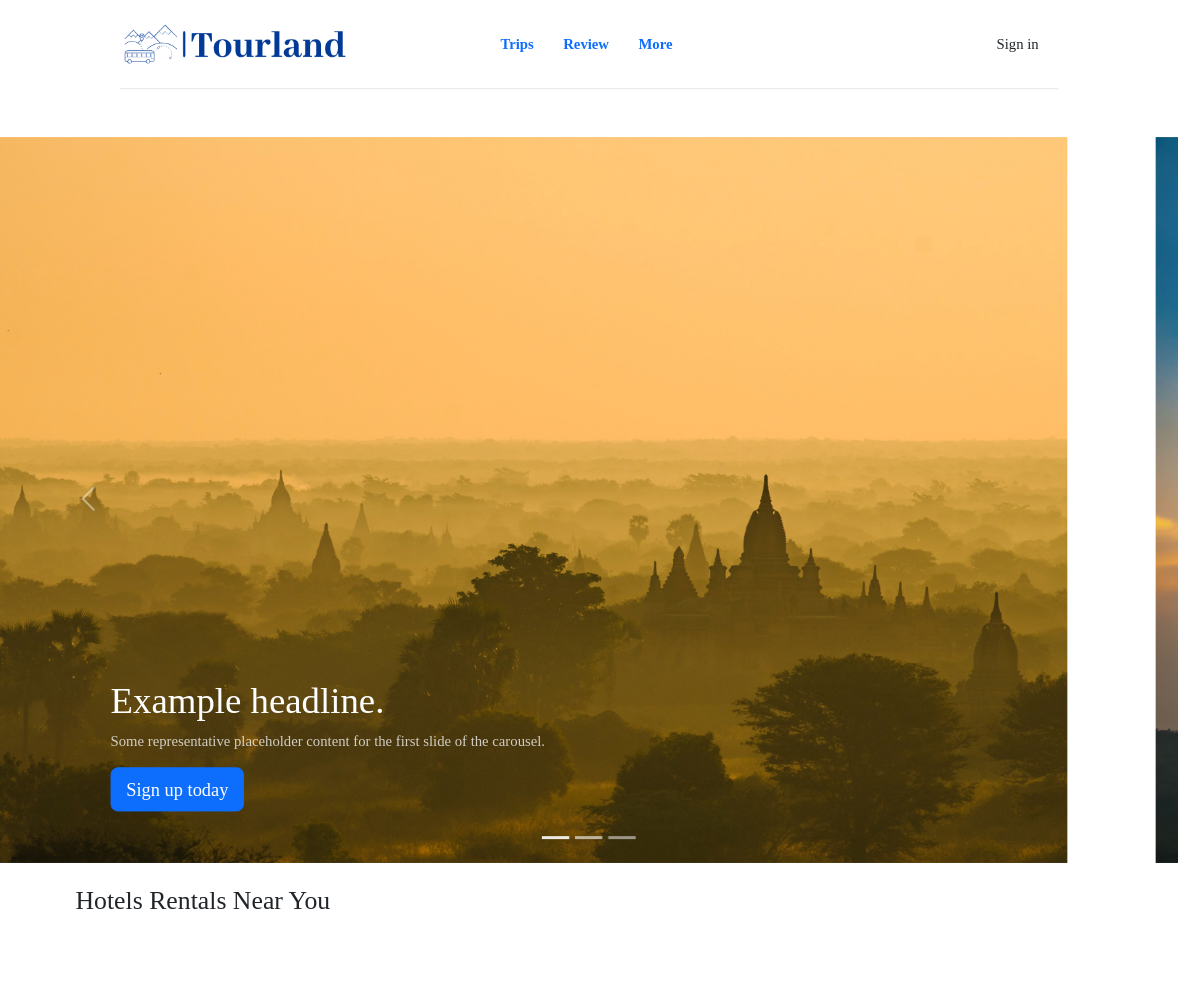
Repository: nyeinsu4520/tourland
Page: http://localhost/card
An editor plug-in stored every save of this project. The page is shown before and after the next save, followed by the edit.
The browser window is 1280 px wide. The pictures show the whole page, at 92% of full size.
Some web fonts or font styles are not loaded; a fallback is used. The page is this project's Thymeleaf template; nobody is signed in. The template is opened directly, without the code that normally fills it, so the values that code supplies are empty.

Above is the page before, as saved 2024-06-01 05:20:15.

### Tourland/src/main/resources/templates/card.html
<!DOCTYPE html>
<html xmlns:th="http://www.thymeleaf.org">
<head>
<meta charset="ISO-8859-1">
<title>Insert title here</title>

	<link rel="icon" href="img/tourland2.png" type="image/png" />
    <link rel="stylesheet" href="./bootstrap/css/bootstrap.min.css" />
    <script src="./bootstrap/js/bootstrap.bundle.min.js"></script>
    <link href="https://cdnjs.cloudflare.com/ajax/libs/font-awesome/6.5.2/css/all.min.css"/>
    <script src="https://ajax.googleapis.com/ajax/libs/jquery/3.6.0/jquery.min.js"></script>
    <link rel="stylesheet" href="style.css" />
    <style>
      #google_translate_element {
          display: none;
      }
  </style>
</head>
<body>

<div class="container">
      <header
        class="d-flex flex-wrap align-items-center justify-content-center justify-content-md-between py-3 mx-5 border-bottom"
      >
        <div class="col-md-auto mb-2 mb-md-0">
          <img class="logo" src="/image/img/tourland1.png" alt="" width="230px" />
        </div>

        <ul class="nav col-12 col-md-auto mb-2 justify-content-center mb-md-0">
          <li class="nav-item dropdown">
            <a
              class="nav-link fw-bold py-1 px-0 m-3 active"
              href="#"
              data-bs-toggle="dropdown"
              aria-expanded="false"
              >Trips</a
            >
            <ul class="dropdown-menu ">
              <li><a class="dropdown-item" href="#">One day Trip</a></li>
              <li><a class="dropdown-item" href="#">One Week Trip</a></li>
              <li><a class="dropdown-item" href="#">View my Trips</a></li>
            </ul>
          </li>
          <li class="nav-item dropdown">
            <a
              class="nav-link fw-bold py-1 px-0 m-3 active"
              href="#"
              data-bs-toggle="dropdown"
              aria-expanded="false"
              >Review</a
            >
            <ul class="dropdown-menu">
              <li><a class="dropdown-item" href="#">Write a Review</a></li>
              <li><a class="dropdown-item" href="#">Post a Photo</a></li>
              <li><a class="dropdown-item" href="#">Review Comments</a></li>
            </ul>
          </li>
          <li class="nav-item dropdown">
            <a
              class="nav-link nav-link-active fw-bold py-1 px-0 m-3 active"
              href="#"
              data-bs-toggle="dropdown"
              aria-expanded="false"
              >More</a
            >
            <ul class="dropdown-menu">
              <li><a class="dropdown-item" href="#">Restaurant</a></li>
              <li><a class="dropdown-item" href="#">Hotel</a></li>
              <li><a class="dropdown-item" href="#">Rental Cars</a></li>
            </ul>
          </li>
        </ul>

        <div class="col-md-3 text-end">
          <button type="button" class="btn btn-outline-first me-2">
            Sign in
          </button>
        </div>
      </header>
</div>

	<div id="myCarousel" class="carousel slide mt-5 pt-1 mb-6" data-bs-ride="carousel">
      <div class="carousel-indicators">
        <button type="button" data-bs-target="#myCarousel" data-bs-slide-to="0" class="active" aria-current="true" aria-label="Slide 1"></button>
        <button type="button" data-bs-target="#myCarousel" data-bs-slide-to="1" aria-label="Slide 2"></button>
        <button type="button" data-bs-target="#myCarousel" data-bs-slide-to="2" aria-label="Slide 3"></button>
      </div>
      <div class="carousel-inner">
        <div class="carousel-item active">
          <img class="px-5" src="./image/img/bagan1.jpg" width="100%" >
          <div class="container">
            <div class="carousel-caption text-start">
              <h1>Example headline.</h1>
              <p class="opacity-75">Some representative placeholder content for the first slide of the carousel.</p>
              <p><a class="btn btn-lg btn-primary" href="#">Sign up today</a></p>
            </div>
          </div>
        </div>
        <div class="carousel-item">
          <img class="px-5" src="./image/img/kyitehtiyo.jfif" width="100%" >
          <div class="container">
            <div class="carousel-caption">
              <h1>Another example headline.</h1>
              <p>Some representative placeholder content for the second slide of the carousel.</p>
              <p><a class="btn btn-lg btn-primary" href="#">Learn more</a></p>
            </div>
          </div>
        </div>
        <div class="carousel-item">
           <img class="px-5" src="./image/img/shwesikhone.jpg" width="100%" >
          <div class="container">
            <div class="carousel-caption text-end">
              <h1>One more for good measure.</h1>
              <p>Some representative placeholder content for the third slide of this carousel.</p>
              <p><a class="btn btn-lg btn-primary" href="#">Browse gallery</a></p>
            </div>
          </div>
        </div>
      </div>
      <button class="carousel-control-prev" type="button" data-bs-target="#myCarousel" data-bs-slide="prev">
        <span class="carousel-control-prev-icon" aria-hidden="true"></span>
        <span class="visually-hidden">Previous</span>
      </button>
      <button class="carousel-control-next" type="button" data-bs-target="#myCarousel" data-bs-slide="next">
        <span class="carousel-control-next-icon" aria-hidden="true"></span>
        <span class="visually-hidden">Next</span>
      </button>
	</div>


	<div class="container mt-4">
	<h3>Hotels Rentals Near You</h3>

	</div>
	<div id="cardCarousel" class="carousel slide mt-5 pt-5" data-bs-ride="carousel">
    <div class="carousel-inner">
        <div class="carousel-item active">
            <div class="container">
                <div class="row">
                    <div th:each="card, iterStat : ${cardlist}" class="col-sm-6 col-md-4 col-lg-3 mb-4" th:if="${iterStat.index < 4}">
                        <div class="card">
                            <td><img width="260px" th:src="@{uploads/cards/{id}/{imageName} (id=${card.id},imageName=${card.image})}" /></td>
                            <div class="card-body">
                                <h5 class="card-title" th:text="${card.title}"></h5>
                                <p class="card-text" th:text="${card.description}"></p>
                            </div>
                        </div>

                    </div>
                </div>
            </div>
        </div>
    </div>
    <!-- Arrow buttons -->
    <button class="carousel-control-prev" type="button" data-bs-target="#cardCarousel" data-bs-slide="prev">
        <span class="carousel-control-prev-icon" aria-hidden="true"></span>
        <span class="visually-hidden">Previous</span>
    </button>
    <button class="carousel-control-next" type="button" data-bs-target="#cardCarousel" data-bs-slide="next">
        <span class="carousel-control-next-icon" aria-hidden="true"></span>
        <span class="visually-hidden">Next</span>
    </button>
</div>



<script>
    $(document).ready(function(){
        $('#cardCarousel').carousel();
    });
</script>

</body>
</html>

### Tourland/src/main/resources/static/image/img/style.css
@import url('https://fonts.googleapis.com/css2?family=Jersey+20&family=Jersey+25&family=Josefin+Sans:ital,wght@0,100..700;1,100..700&family=Noto+Sans+Myanmar:wght@100;200;300;400;500;600;700;800;900&family=Nunito+Sans:ital,opsz,wght@0,6..12,200..1000;1,6..12,200..1000&family=Platypi:ital,wght@0,300..800;1,300..800&display=swap');


.nunito-sans {
    font-family: "Nunito Sans", sans-serif;
    font-optical-sizing: auto;
    font-style: normal;
    font-variation-settings:
      "wdth" 100,
      "YTLC" 500;
  }


  *  {
    font-family: "Nunito Sans";

}


.logo{
    width: 250px;
}

Loaded but not shown: Tourland/src/main/resources/static/bootstrap/css/bootstrap.min.css (library); Tourland/src/main/resources/static/bootstrap/js/bootstrap.bundle.min.js (library)

After the next save:
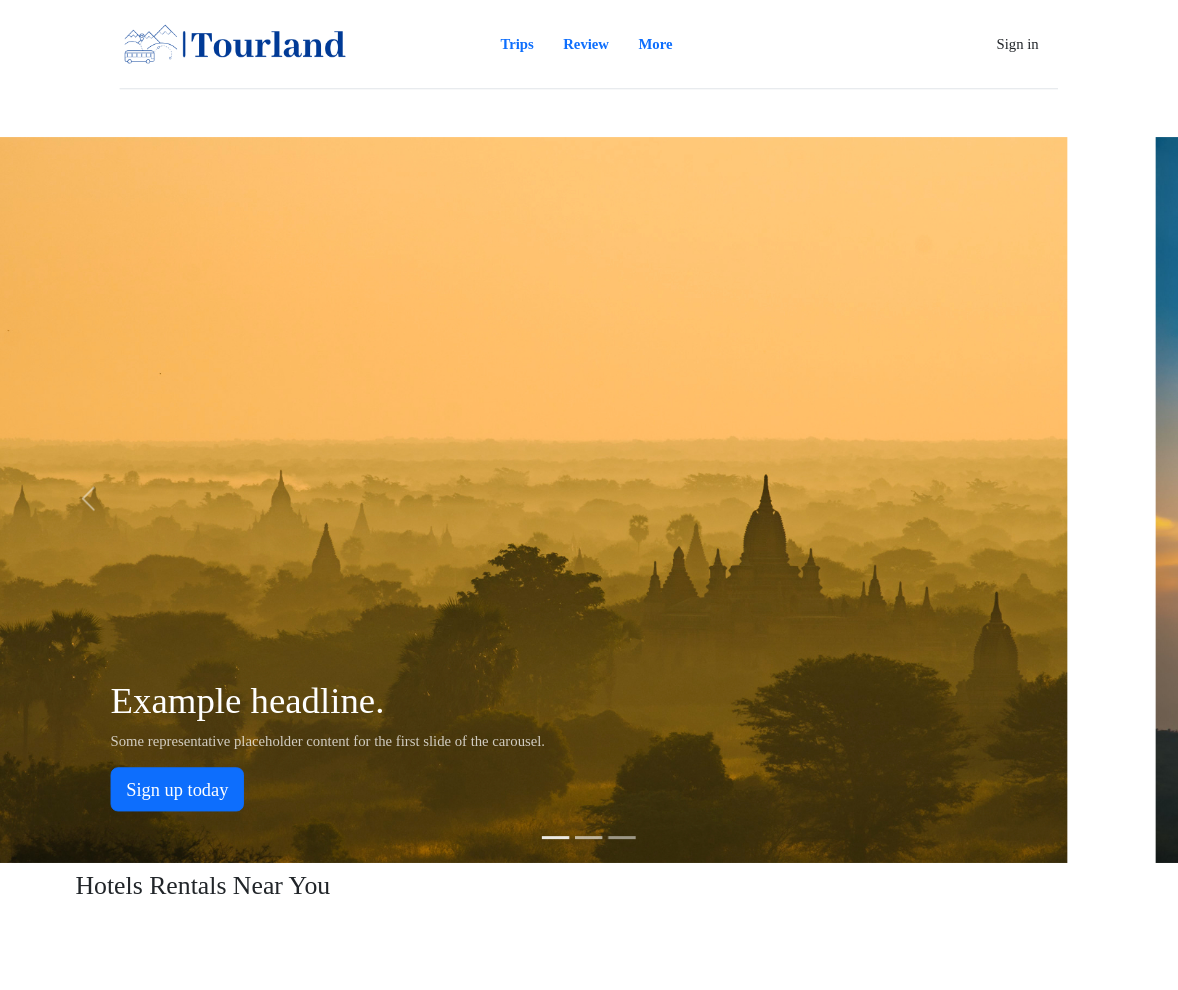
Saved 3 min 3 s later.
--- a/Tourland/src/main/resources/templates/card.html
+++ b/Tourland/src/main/resources/templates/card.html
@@ -128,7 +128,7 @@
 	</div>
 
 
-	<div class="container mt-4">
+	<div class="container mt-2">
 	<h3>Hotels Rentals Near You</h3>
 
 	</div>

After the save that followed:
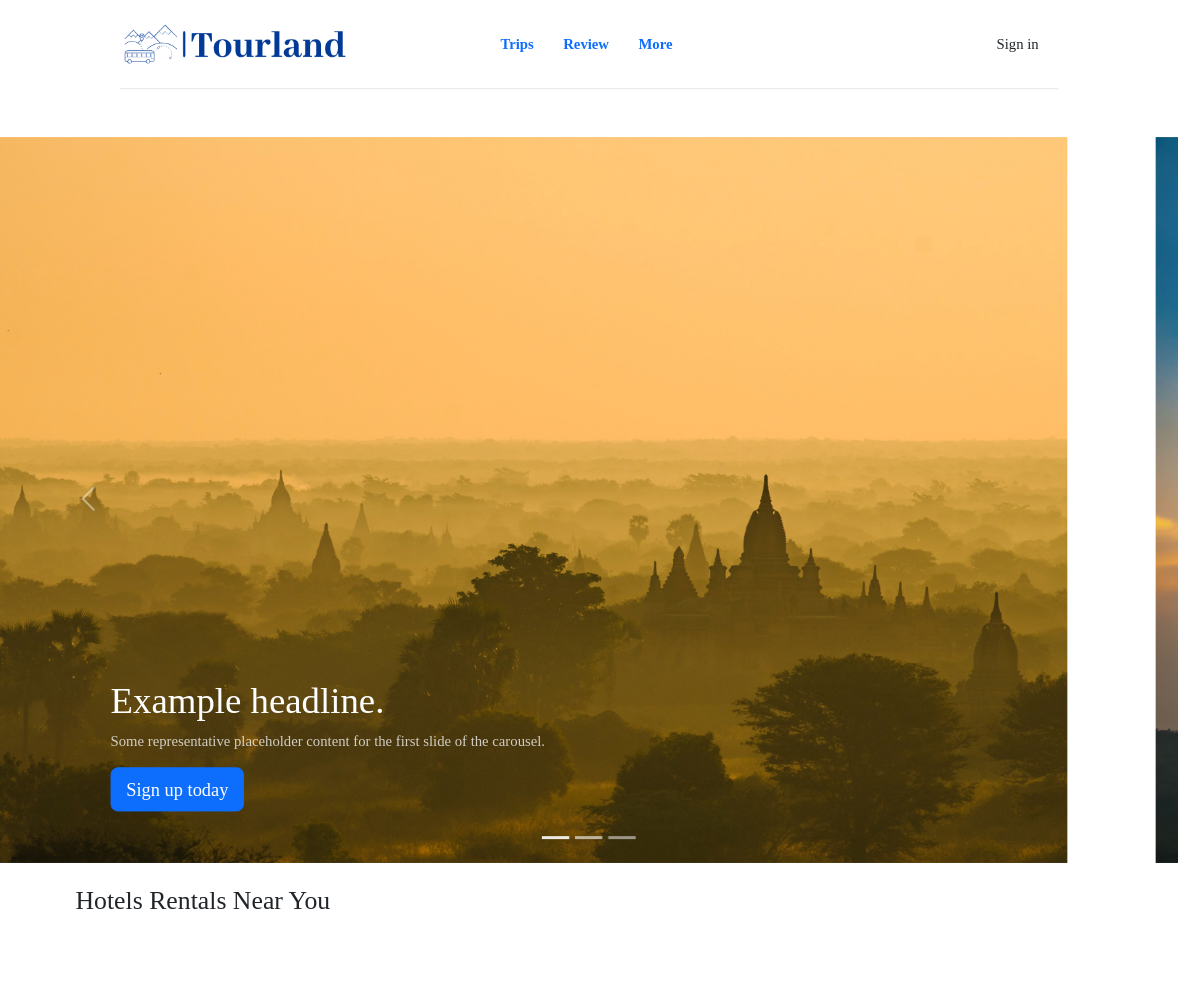
Saved 4 s later.
--- a/Tourland/src/main/resources/templates/card.html
+++ b/Tourland/src/main/resources/templates/card.html
@@ -128,7 +128,7 @@
 	</div>
 
 
-	<div class="container mt-2">
+	<div class="container mt-4">
 	<h3>Hotels Rentals Near You</h3>
 
 	</div>
